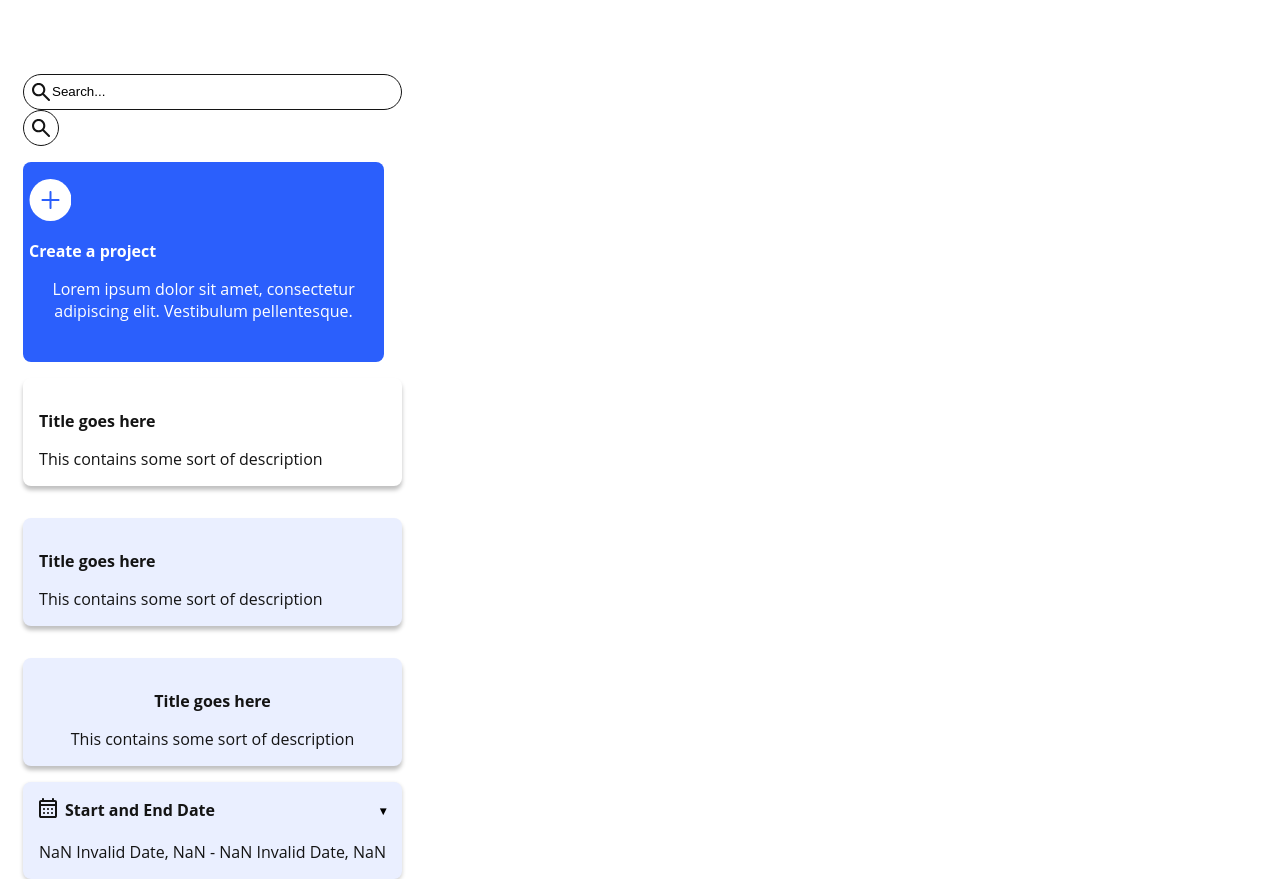
Repository: brunaguarizo/mosaic_app
Page: /
The author's editor kept a copy of each file at every save. The page is drawn from the files as they stood at one save, then again after the next save.
The browser window is 1280 px wide. The pictures show the whole page.
The project was rebuilt for these pictures with package versions that can differ from the ones it lists, and the page was loaded fresh each time. The framework's server and built-in components were replaced by stand-ins that run in the browser. Also part of the build but not shown: next.config.mjs, app/_ui/navbar/navbar.js, app/_ui/Button/Button.js, app/_ui/Tag/Tag.js, app/_ui/Project_card/Project_card.js, app/_ui/Date_PopUp/Date_PopUp.module.css, app/_ui/Date_PopUp/Date_PopUp.js.

Above is the page before, as saved 2025-04-18 19:05:11.

After the next save:
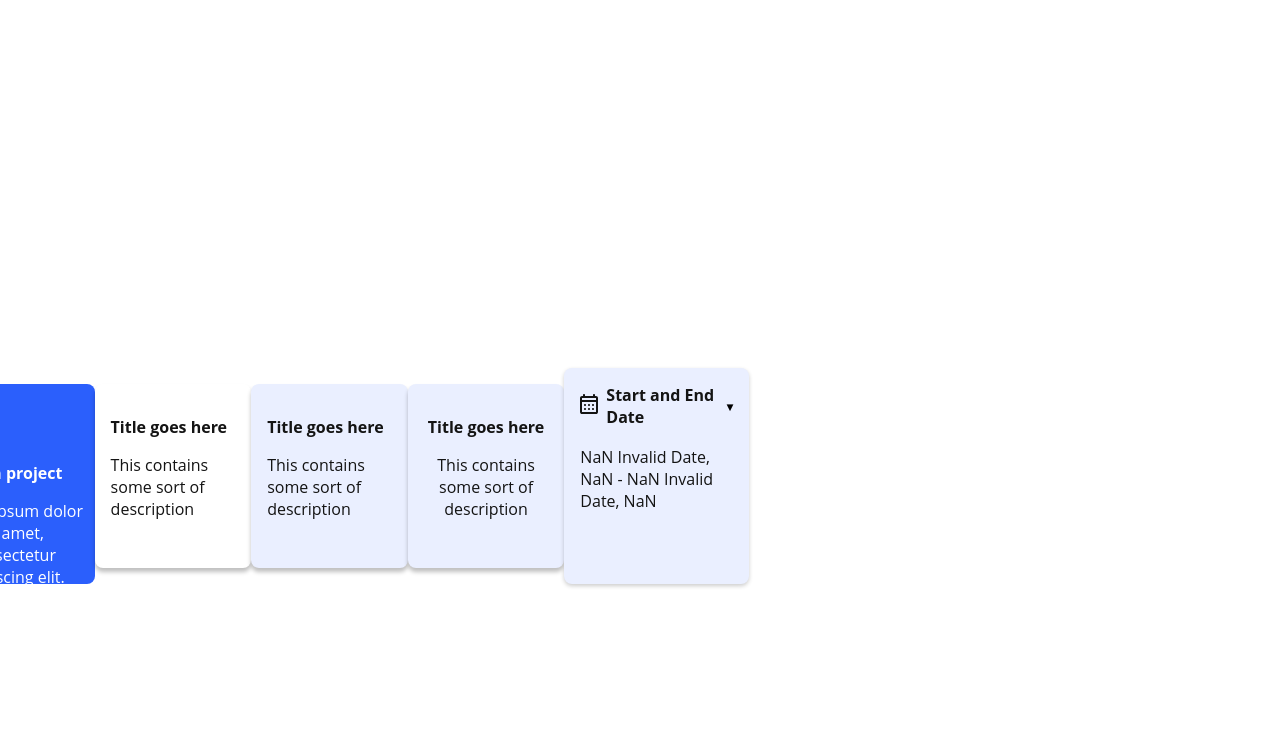
Saved 12 s later.
--- a/app/page.module.css
+++ b/app/page.module.css
@@ -1,8 +1,7 @@
 /* NEW PAGE STYLES */
 .container {
     margin-top: 200px;
-    display: grid;
-    grid-template-columns: 1fr;
+    display: flex;
 }
 /* ------------------------ */
 

After the save that followed:
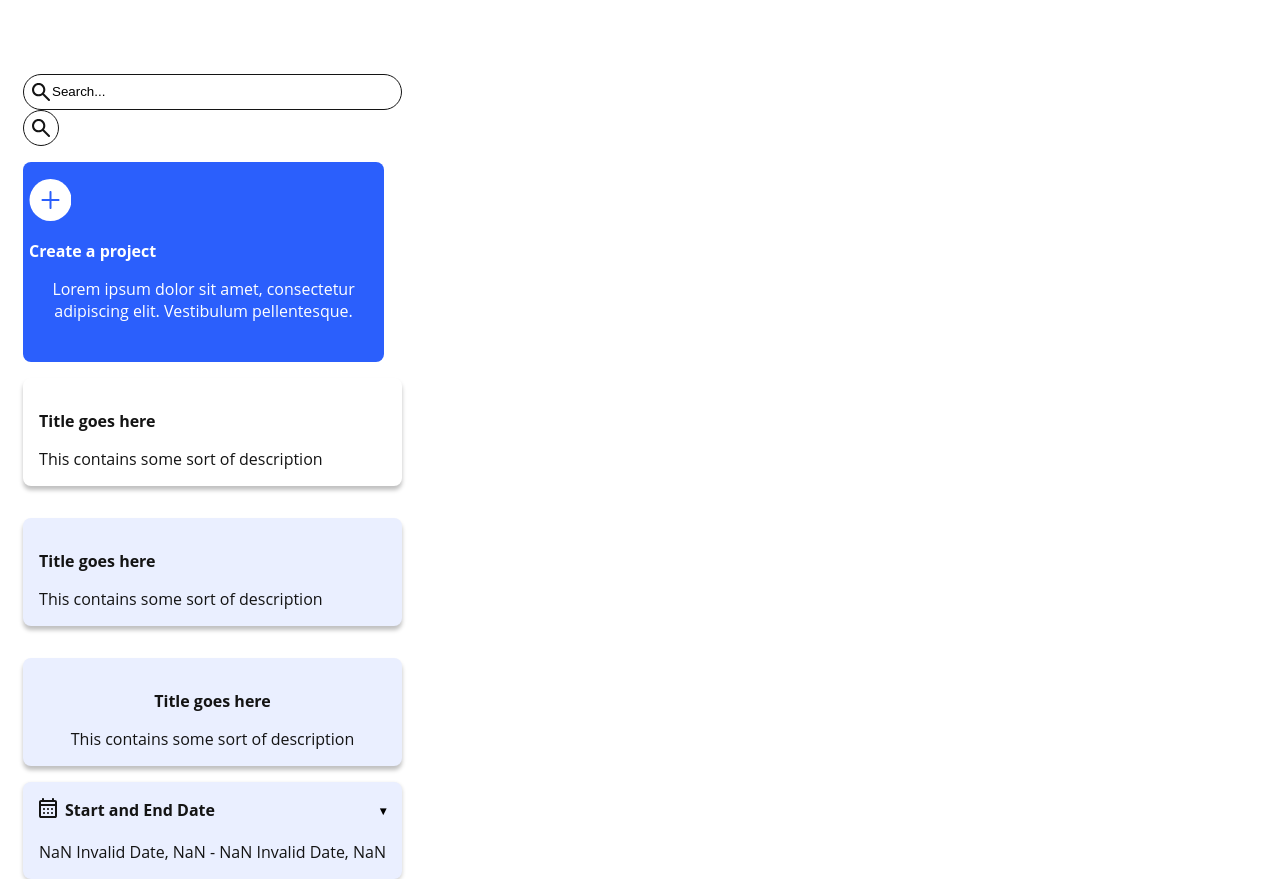
Saved 5 s later.
--- a/app/page.module.css
+++ b/app/page.module.css
@@ -2,6 +2,7 @@
 .container {
     margin-top: 200px;
     display: flex;
+    flex-direction: column;
 }
 /* ------------------------ */
 
